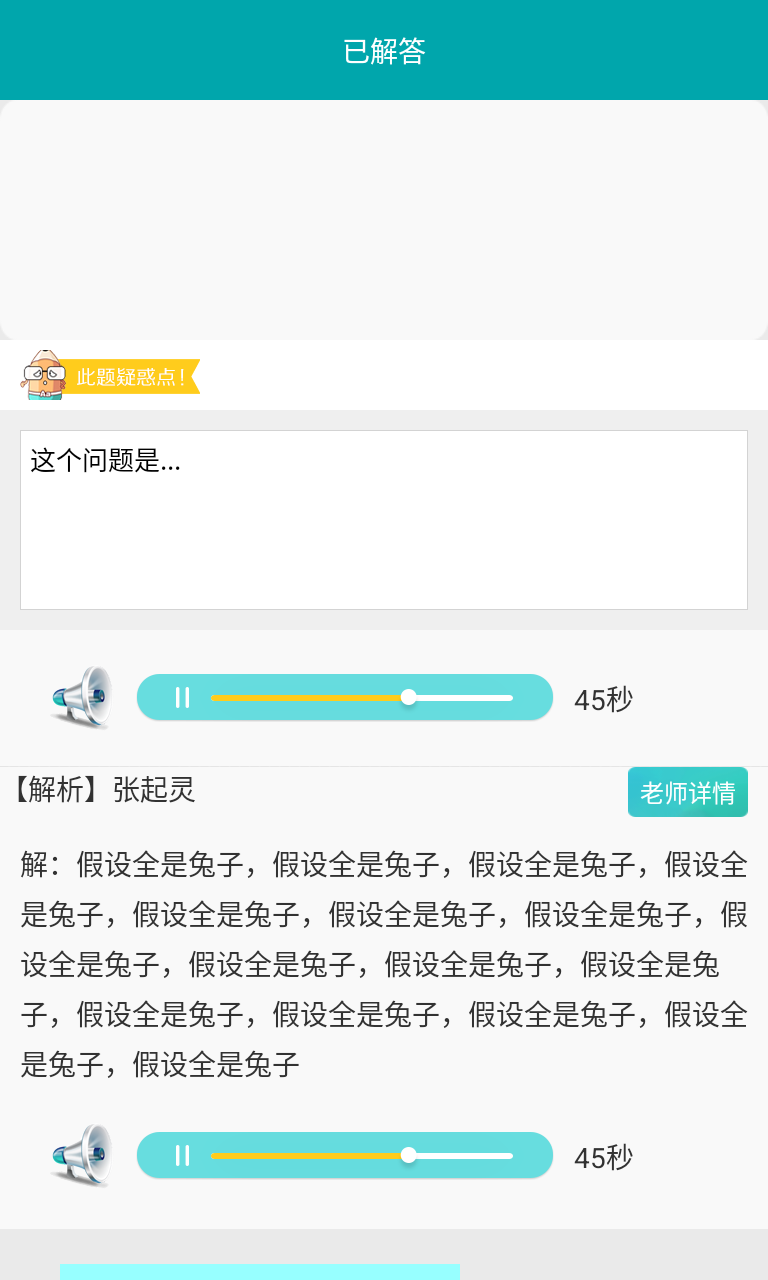
Repository: 2015-Forever/JWD
Layout: Jwd/res/layout/activity_answer.xml
The author's editor kept a copy of each file at every save. The layout is drawn from the files as they stood at one save, then again after the next save.
It is drawn on a 768 x 1280 px phone screen (xhdpi) without system bars, with theme AppTheme; the app's code is not run. Lists and similar views that code fills are empty.

Above is the layout before, as saved 2015-07-16 06:45:24.

### Jwd/res/layout/activity_answer.xml
<?xml version="1.0" encoding="utf-8"?>
<ScrollView xmlns:android="http://schemas.android.com/apk/res/android"
    android:layout_width="match_parent"
    android:layout_height="match_parent"
    android:scrollbars="none" >

    <LinearLayout
        android:layout_width="match_parent"
        android:layout_height="wrap_content"
        android:background="#EAEAEA"
        android:orientation="vertical" >

        <LinearLayout
            android:layout_width="match_parent"
            android:layout_height="50dp"
            android:background="#00a6ac"
            android:gravity="center" >

            <TextView
                android:layout_width="wrap_content"
                android:layout_height="wrap_content"
                android:text="已解答"
                android:textColor="#ffffff" />
        </LinearLayout>

        <ImageView
            android:layout_width="match_parent"
            android:layout_height="120dp"
            android:background="@drawable/topic_picture" />

        <LinearLayout
            android:layout_width="match_parent"
            android:layout_height="35dp"
            android:background="#FFFFFF"
            android:gravity="center_vertical" >

            <ImageView
                android:layout_width="90dp"
                android:layout_height="25dp"
                android:layout_marginLeft="10dp"
                android:background="@drawable/navigation_icon_two" />
        </LinearLayout>

        <LinearLayout
            android:layout_width="match_parent"
            android:layout_height="110dp"
            android:background="#EFEFEF"
            android:gravity="center_vertical"
            android:padding="10dp" >

            <EditText
                android:layout_width="fill_parent"
                android:layout_height="match_parent"
                android:background="@drawable/edittext_bg"
                android:enabled="true"
                android:gravity="top"
                android:inputType="textMultiLine"
                android:lineSpacingExtra="5dp"
                android:paddingLeft="5dp"
                android:paddingTop="5dp"
                android:scrollbars="vertical"
                android:text="这个问题是..."
                android:textSize="13sp" >
            </EditText>
        </LinearLayout>

        <LinearLayout
            android:layout_width="match_parent"
            android:layout_height="68dp"
            android:background="#F9F9F9"
            android:gravity="center_vertical"
            android:orientation="horizontal" >

            <ImageView
                android:layout_width="wrap_content"
                android:layout_height="wrap_content"
                android:layout_marginLeft="25dp"
                android:layout_marginRight="10dp"
                android:background="@drawable/sound_icon" />

            <ImageView
                android:layout_width="wrap_content"
                android:layout_height="wrap_content"
                android:background="@drawable/sound_icon_one" />

            <TextView
                android:layout_width="wrap_content"
                android:layout_height="wrap_content"
                android:layout_marginLeft="10dp"
                android:text="45秒" />
        </LinearLayout>

        <View
            android:layout_width="match_parent"
            android:layout_height="wrap_content"
            android:background="@drawable/lin_one" />

        <RelativeLayout
            android:layout_width="match_parent"
            android:layout_height="wrap_content"
            android:background="#F9F9F9">

            <TextView
                android:id="@+id/teachername_tv"
                android:layout_width="wrap_content"
                android:layout_height="wrap_content"
                android:text="【解析】张起灵" />

            <Button
                android:layout_width="60dp"
                android:layout_height="25dp"
                android:layout_alignParentRight="true"
                android:layout_marginRight="10dp"
                android:background="@drawable/teacher_details_button"
                android:text="老师详情"
                android:textColor="#fff"
                android:textSize="12sp" />

            <TextView
                android:id="@+id/answer_tv"
                android:layout_width="match_parent"
                android:layout_height="wrap_content"
                android:layout_below="@id/teachername_tv"
                android:layout_marginLeft="10dp"
                android:layout_marginTop="17dp"
                android:lineSpacingExtra="5dp"
                android:singleLine="false"
                android:text="解：假设全是兔子，假设全是兔子，假设全是兔子，假设全是兔子，假设全是兔子，假设全是兔子，假设全是兔子，假设全是兔子，假设全是兔子，假设全是兔子，假设全是兔子，假设全是兔子，假设全是兔子，假设全是兔子，假设全是兔子，假设全是兔子" />

            <LinearLayout
                android:layout_below="@id/answer_tv"
                android:layout_width="match_parent"
                android:layout_height="wrap_content"
                android:background="#F9F9F9"
                android:paddingTop="20dp"
                android:paddingBottom="20dp"
                android:gravity="center_vertical"
                android:orientation="horizontal" >

                <ImageView
                    android:layout_width="wrap_content"
                    android:layout_height="wrap_content"
                    android:layout_marginLeft="25dp"
                    android:layout_marginRight="10dp"
                    android:background="@drawable/sound_icon" />

                <ImageView
                    android:layout_width="wrap_content"
                    android:layout_height="wrap_content"
                    android:background="@drawable/sound_icon_one" />

                <TextView
                    android:layout_width="wrap_content"
                    android:layout_height="wrap_content"
                    android:layout_marginLeft="10dp"
                    android:text="45秒" />
            </LinearLayout>
        </RelativeLayout>

        <LinearLayout
            android:layout_width="match_parent"
            android:layout_height="60dp"
            android:gravity="center_vertical"
            android:orientation="vertical" >

            <ImageView
                android:layout_width="200dp"
                android:layout_height="25dp"
                android:layout_marginLeft="30dp"
                android:background="#97FFFF" />
        </LinearLayout>

        <ImageView
            android:layout_width="match_parent"
            android:layout_height="120dp"
            android:background="#90d7ec" />

        <ImageView
            android:layout_width="match_parent"
            android:layout_height="220dp"
            android:background="#667B99" />

        <LinearLayout
            android:layout_width="match_parent"
            android:layout_height="40dp"
            android:background="#fff"
            android:gravity="center_vertical"
            android:paddingLeft="20dp" >

            <TextView
                android:layout_width="wrap_content"
                android:layout_height="wrap_content"
                android:text="相关解答" />
        </LinearLayout>

        <View
            android:layout_width="match_parent"
            android:layout_height="0.5dp"
            android:background="#C4C4C4" />

        <ListView
            android:layout_width="match_parent"
            android:layout_height="200dp" >
        </ListView>

        <LinearLayout
            android:layout_width="match_parent"
            android:layout_height="40dp"
            android:background="#fff"
            android:gravity="center_vertical"
            android:paddingLeft="20dp" >

            <TextView
                android:layout_width="wrap_content"
                android:layout_height="wrap_content"
                android:text="评论" />
        </LinearLayout>
    </LinearLayout>

</ScrollView>

### Jwd/res/drawable/edittext_bg.xml
<?xml version="1.0" encoding="utf-8"?>
<selector xmlns:android="http://schemas.android.com/apk/res/android" >

    <item >
        <shape >
            <solid android:color="#FFFFFF"/>
            <stroke android:width="0.5dip" android:color="#D3D3D3"/>
        </shape>
    </item>

</selector>

Loaded but not shown: Jwd/res/values/styles.xml (common file); Jwd/res/values-v11/styles.xml (common file); Jwd/res/values-v14/styles.xml (common file)

After the next save:
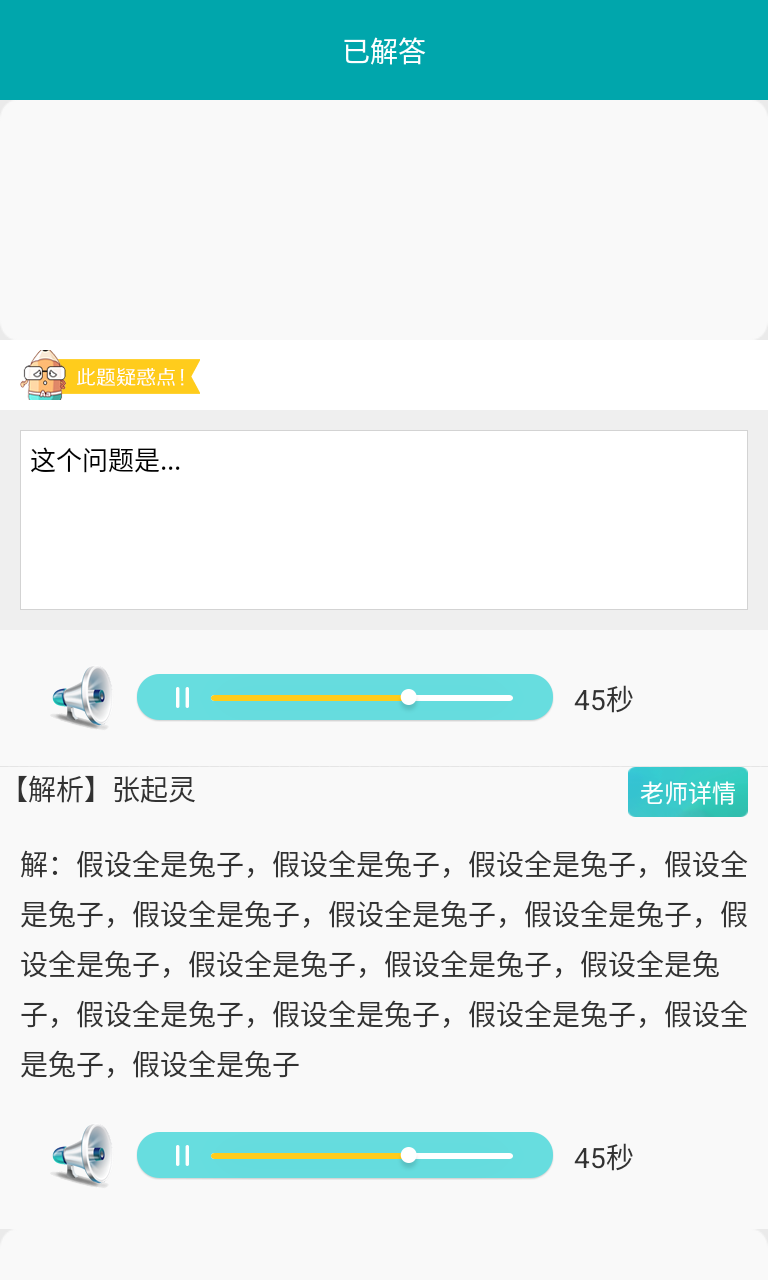
Saved 82 s later.
--- a/Jwd/res/layout/activity_answer.xml
+++ b/Jwd/res/layout/activity_answer.xml
@@ -157,23 +157,10 @@
             </LinearLayout>
         </RelativeLayout>
 
-        <LinearLayout
-            android:layout_width="match_parent"
-            android:layout_height="60dp"
-            android:gravity="center_vertical"
-            android:orientation="vertical" >
-
-            <ImageView
-                android:layout_width="200dp"
-                android:layout_height="25dp"
-                android:layout_marginLeft="30dp"
-                android:background="#97FFFF" />
-        </LinearLayout>
-
         <ImageView
             android:layout_width="match_parent"
             android:layout_height="120dp"
-            android:background="#90d7ec" />
+            android:background="@drawable/topic_picture" />
 
         <ImageView
             android:layout_width="match_parent"
